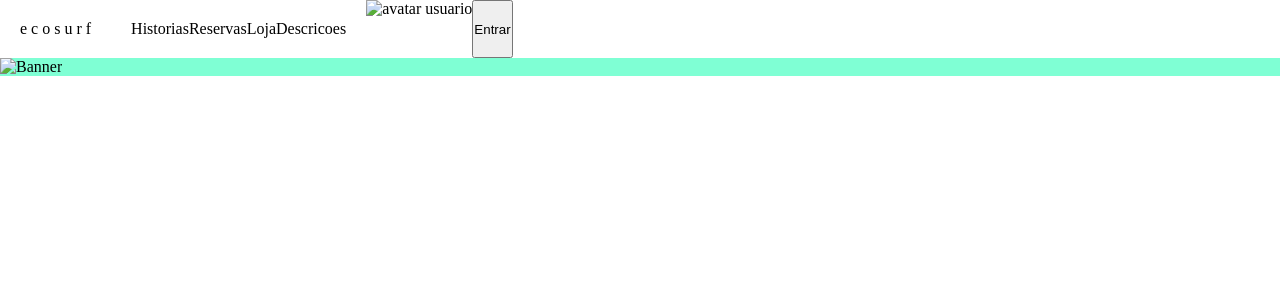
Repository: jorgprado/html-css-js
Page: blog-ecosurf/index.html
An editor plug-in stored every save of this project. The page is shown before and after a run of saves, followed by the edit.
The browser window is 1280 px wide. The pictures show the whole page.

Above is the page before, as saved 2023-05-15 21:24:29.

After the next 4 saves:
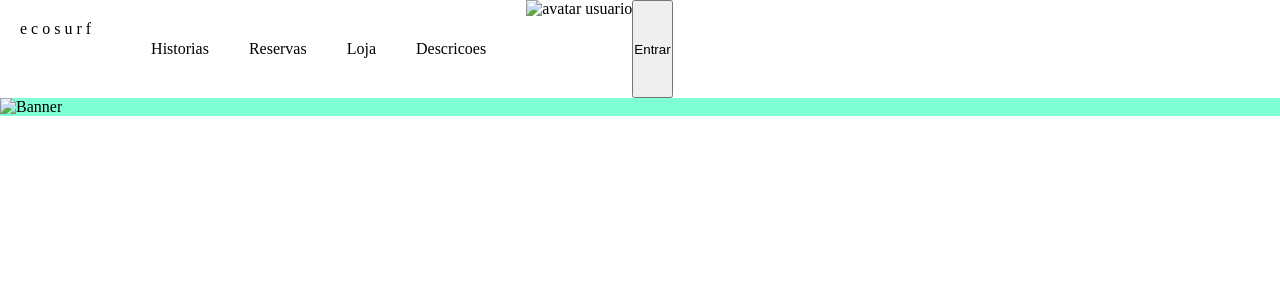
The 4 saves are shown as one change because they came seconds apart.
The last was saved 28 s later.
--- a/blog-ecosurf/css/style.css
+++ b/blog-ecosurf/css/style.css
@@ -19,6 +19,10 @@
     padding: 20px 20px;
 }
 
+header menu p{
+    padding: 20px;
+}
+
 .banner{
     margin: auto;
     background-color: aquamarine;

After the save that followed:
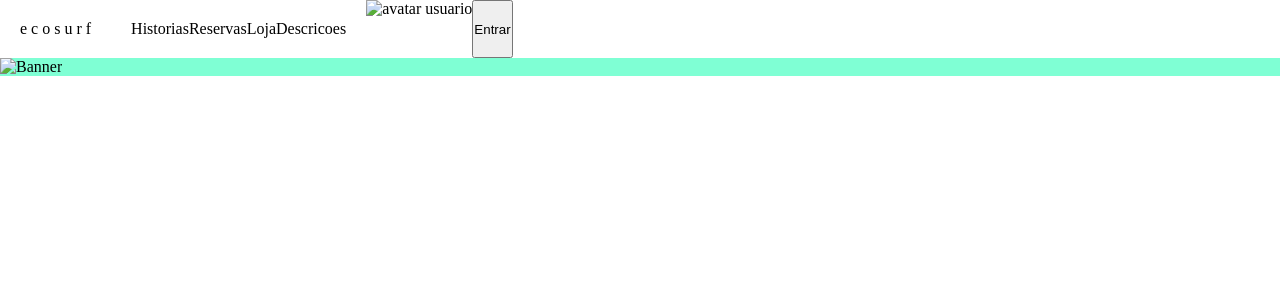
Saved 6 s later.
--- a/blog-ecosurf/css/style.css
+++ b/blog-ecosurf/css/style.css
@@ -20,7 +20,7 @@
 }
 
 header menu p{
-    padding: 20px;
+    padding: ;
 }
 
 .banner{
